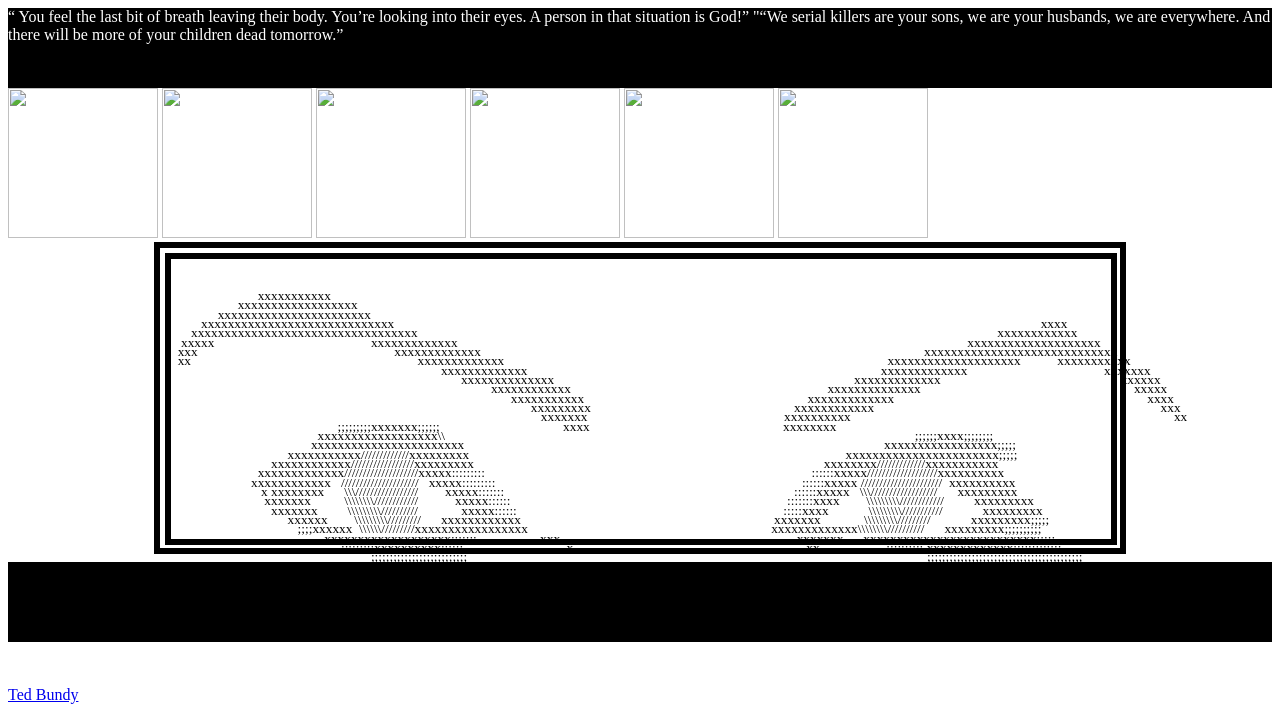
Repository: ConnyPinto/connypinto.github.io
Page: composition.html
The author's editor kept a record of every edit. The page is drawn from the files as they stood at one moment, then again after the next edit.
The browser window is 1280 px wide. The pictures show the whole page.

Above is the page before.
Not found: tedbundy1.gif

### composition.html
<html>

    <head>

        <style></style>

    </head>

  <div style="height:80px;border:none;color:#fff;background-color:#000;">“ You feel the last bit of breath leaving their body. You’re looking into their eyes. A person in that situation is God!” "“We serial killers are your sons, we are your husbands, we are everywhere. And there will be more of your children dead tomorrow.”</div>

  <img src="tedbundy1.gif" style="height: 150px; display: inline-block"/>
  <img src="tedbundy1.gif" style="height: 150px; display: inline-block"/>
  <img src="tedbundy1.gif" style="height: 150px; display: inline-block"/>
  <img src="tedbundy1.gif" style="height: 150px; display: inline-block"/>
  <img src="tedbundy1.gif" style="height: 150px; display: inline-block"/>
  <img src="tedbundy1.gif" style="height: 150px; display: inline-block"/>

 <div style="width: 960px;height:300px;border:6px solid #000;margin-left: auto;margin-right: auto;">
     <div style="width:940px;height:280px;border:6px solid #000; margin: 5px;">

         <pre style="font-size: 10pt; font-family: Myriad Pro; line-height: 7pt" >


                          xxxxxxxxxxx
                    xxxxxxxxxxxxxxxxxx
              xxxxxxxxxxxxxxxxxxxxxxx
         xxxxxxxxxxxxxxxxxxxxxxxxxxxxx                                                                                                                                                                                                  xxxx
      xxxxxxxxxxxxxxxxxxxxxxxxxxxxxxxxxx                                                                                                                                                                              xxxxxxxxxxxx
   xxxxx                                               xxxxxxxxxxxxx                                                                                                                                                         xxxxxxxxxxxxxxxxxxxx
  xxx                                                           xxxxxxxxxxxxx                                                                                                                                     xxxxxxxxxxxxxxxxxxxxxxxxxxxxx
  xx                                                                    xxxxxxxxxxxxx                                                                                                                   xxxxxxxxxxxxxxxxxxxx           xxxxxxxxxxx
                                                                                 xxxxxxxxxxxxx                                                                                                          xxxxxxxxxxxxx                                         xxxxxxx
                                                                                       xxxxxxxxxxxxxx                                                                                          xxxxxxxxxxxxx                                                      xxxxxx
                                                                                                xxxxxxxxxxxx                                                                             xxxxxxxxxxxxxx                                                                xxxxx
                                                                                                      xxxxxxxxxxx                                                                   xxxxxxxxxxxxx                                                                            xxxx
                                                                                                            xxxxxxxxx                                                             xxxxxxxxxxxx                                                                                      xxx
                                                                                                               xxxxxxx                                                           xxxxxxxxxx                                                                                                 xx
                                                  ;;;;;;;;;xxxxxxx;;;;;;                                     xxxx                                                          xxxxxxxx
                                            xxxxxxxxxxxxxxxxxx\\                                                                                                                                             ;;;;;;xxxx;;;;;;;;
                                          xxxxxxxxxxxxxxxxxxxxxxx                                                                                                                              xxxxxxxxxxxxxxxxx;;;;;
                                   xxxxxxxxxxx/////////////xxxxxxxxx                                                                                                                 xxxxxxxxxxxxxxxxxxxxxxx;;;;;
                              xxxxxxxxxxxx/////////////////xxxxxxxxx                                                                                                         xxxxxxxx/////////////xxxxxxxxxxx
                          xxxxxxxxxxxxx////////////////////xxxxx:::::::::                                                                                                  ::::::xxxxx///////////////////xxxxxxxxxx
                        xxxxxxxxxxxx   /////////////////////   xxxxx:::::::::                                                                                            ::::::xxxxx //////////////////////  xxxxxxxxxx
                           x xxxxxxxx      \\\/////////////////        xxxxx:::::::                                                                                       ::::::xxxxx   \\\//////////////////      xxxxxxxxx
                            xxxxxxx          \\\\\\\\////////////           xxxxx::::::                                                                                   :::::::xxxx        \\\\\\\\\////////////         xxxxxxxxx
                              xxxxxxx         \\\\\\\\\//////////             xxxxx::::::                                                                                :::::xxxx            \\\\\\\\\///////////            xxxxxxxxx
                                   xxxxxx        \\\\\\\\\/////////      xxxxxxxxxxxx                                                                            xxxxxxx             \\\\\\\\\/////////            xxxxxxxxx;;;;;
                                      ;;;;xxxxxx  \\\\\\/////////xxxxxxxxxxxxxxxxx                                                                         xxxxxxxxxxxxx\\\\\\\\//////////      xxxxxxxxx;;;;;;;;;;
                                              xxxxxxxxxxxxxxxxxxx;;;;;;;                   xxx                                                                       xxxxxxx      xxxxxxxxxxxxxxxxxxxxxxxxxx;;;;;
                                                   ;;;;;;;;;xxxxxxxxxx;;;;;;                               x                                                                      xx                    ;;;;;;;;;; xxxxxxxxxxxxx;;;;;;;;;;;;;
                                                            ;;;;;;;;;;;;;;;;;;;;;;;;;;                                                                                                                                          ;;;;;;;;;;;;;;;;;;;;;;;;;;;;;;;;;;;;;;;;;;



         </pre>

     </div>

 </div>






<hr style="height:80px;border:none;color:#333;background-color:#000;"/>

  </br>
  </br>


    <a href="http://en.wikipedia.org/wiki/Ted_Bundy">Ted Bundy</a>



    </html>

After the next edit:
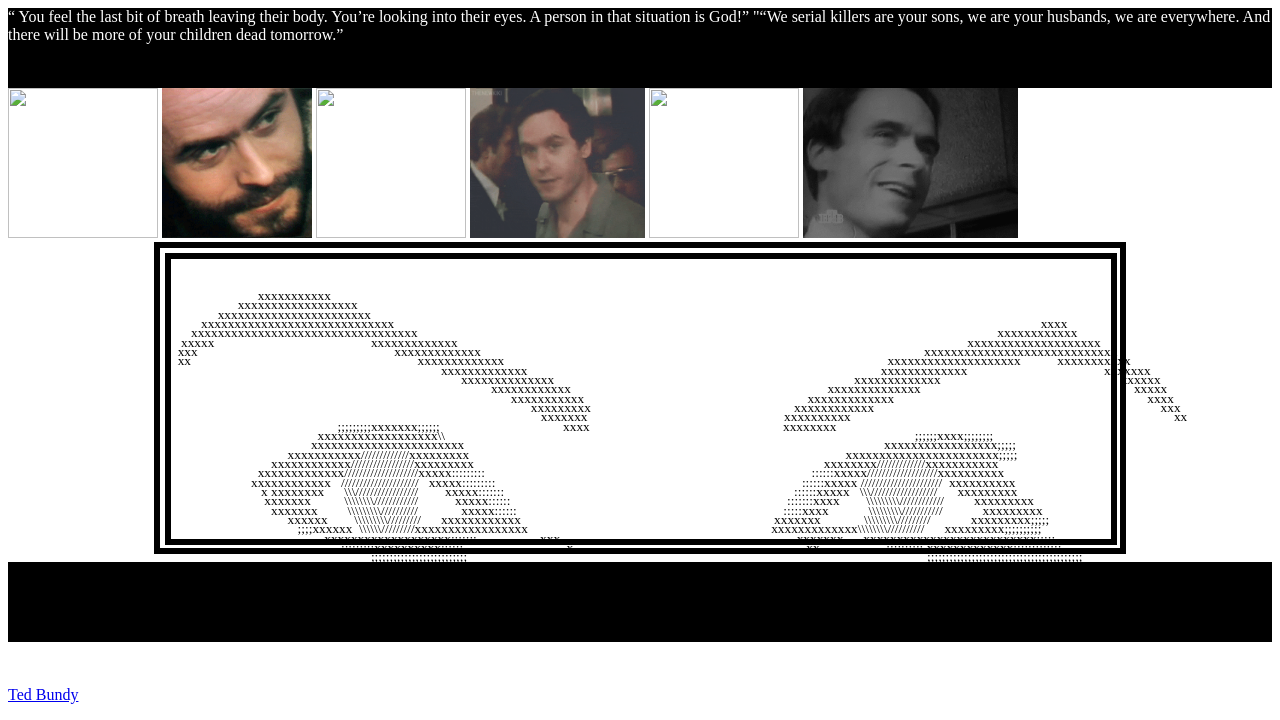
Not found: tedbundy3.gif
Not found: tedbundy5.gif
The edit:
--- a/composition.html
+++ b/composition.html
@@ -9,11 +9,11 @@
   <div style="height:80px;border:none;color:#fff;background-color:#000;">“ You feel the last bit of breath leaving their body. You’re looking into their eyes. A person in that situation is God!” "“We serial killers are your sons, we are your husbands, we are everywhere. And there will be more of your children dead tomorrow.”</div>
 
   <img src="tedbundy1.gif" style="height: 150px; display: inline-block"/>
-  <img src="tedbundy1.gif" style="height: 150px; display: inline-block"/>
-  <img src="tedbundy1.gif" style="height: 150px; display: inline-block"/>
-  <img src="tedbundy1.gif" style="height: 150px; display: inline-block"/>
-  <img src="tedbundy1.gif" style="height: 150px; display: inline-block"/>
-  <img src="tedbundy1.gif" style="height: 150px; display: inline-block"/>
+  <img src="tedbundy2.gif" style="height: 150px; display: inline-block"/>
+  <img src="tedbundy3.gif" style="height: 150px; display: inline-block"/>
+  <img src="tedbundy4.gif" style="height: 150px; display: inline-block"/>
+  <img src="tedbundy5.gif" style="height: 150px; display: inline-block"/>
+  <img src="tedbundy6.gif" style="height: 150px; display: inline-block"/>
 
  <div style="width: 960px;height:300px;border:6px solid #000;margin-left: auto;margin-right: auto;">
      <div style="width:940px;height:280px;border:6px solid #000; margin: 5px;">
